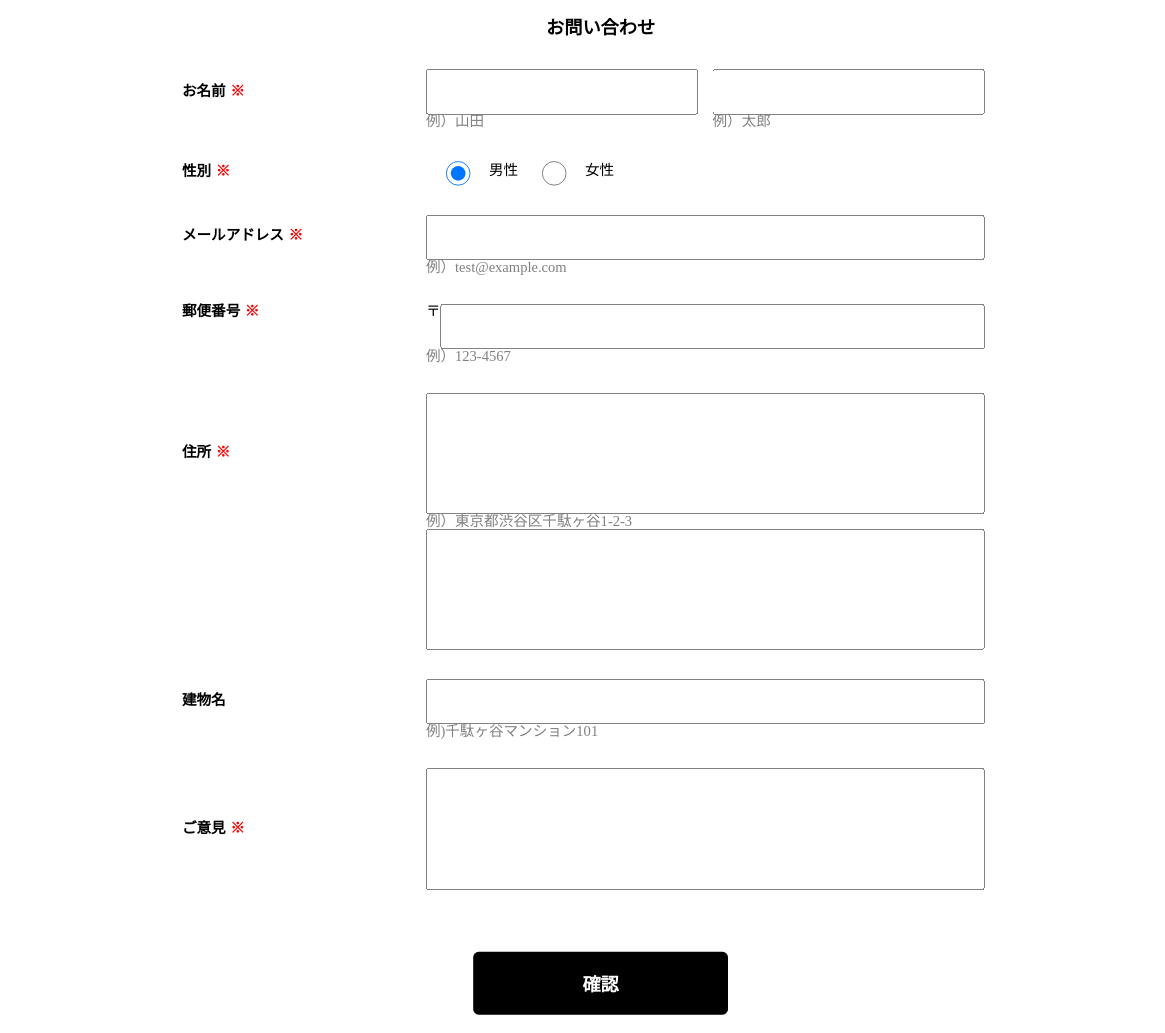
Repository: masanarimiura/20220723_miura_advance_test
Page: http://localhost/
The author's editor kept a copy of each file at every save. The page is drawn from the files as they stood at one save, then again after the next save.
The browser window is 1280 px wide. The pictures show the whole page, at 91% of full size.
The page is served by the project's Laravel application, run on PHP 8.4 with Laravel 8.

Above is the page before, as saved 2022-07-22 13:05:55.

After the next save:
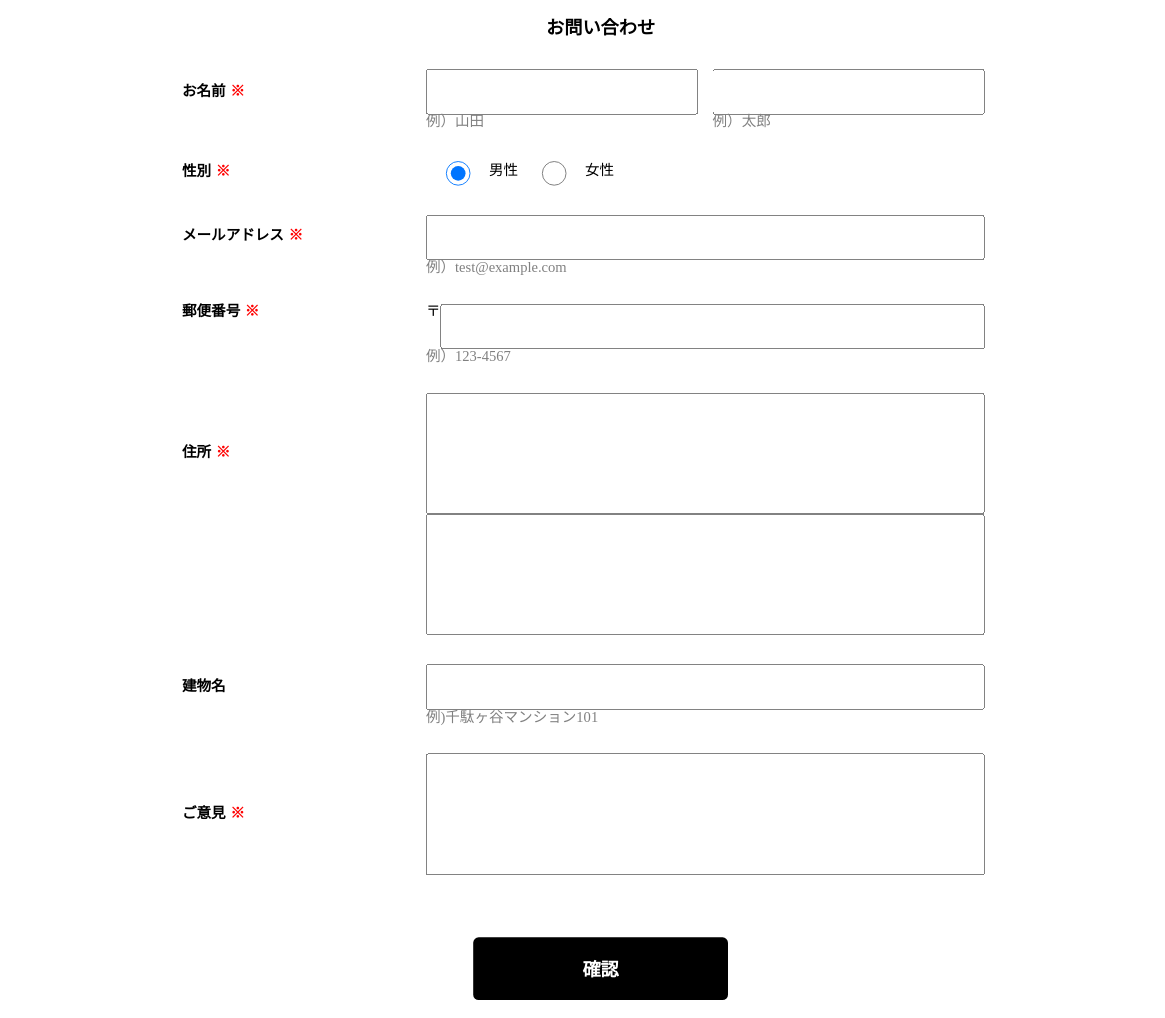
Saved 12 s later.
--- a/resources/views/index.blade.php
+++ b/resources/views/index.blade.php
@@ -253,7 +253,7 @@
           <th>住所<span >※</span></th>
           <td colspan="2">
             <input type="text" name="address" value="{{ old('address') }}" class="p-region p-locality p-street-address p-extended-address opinion" id="address">
-            <p class="example">例）東京都渋谷区千駄ヶ谷1-2-3</p>
+            <p class="example notError">例）東京都渋谷区千駄ヶ谷1-2-3</p>
 
 
             <input type="text" name="opinion" value="{{ old('opinion') }}" class="opinion" id="opinion">

After the save that followed:
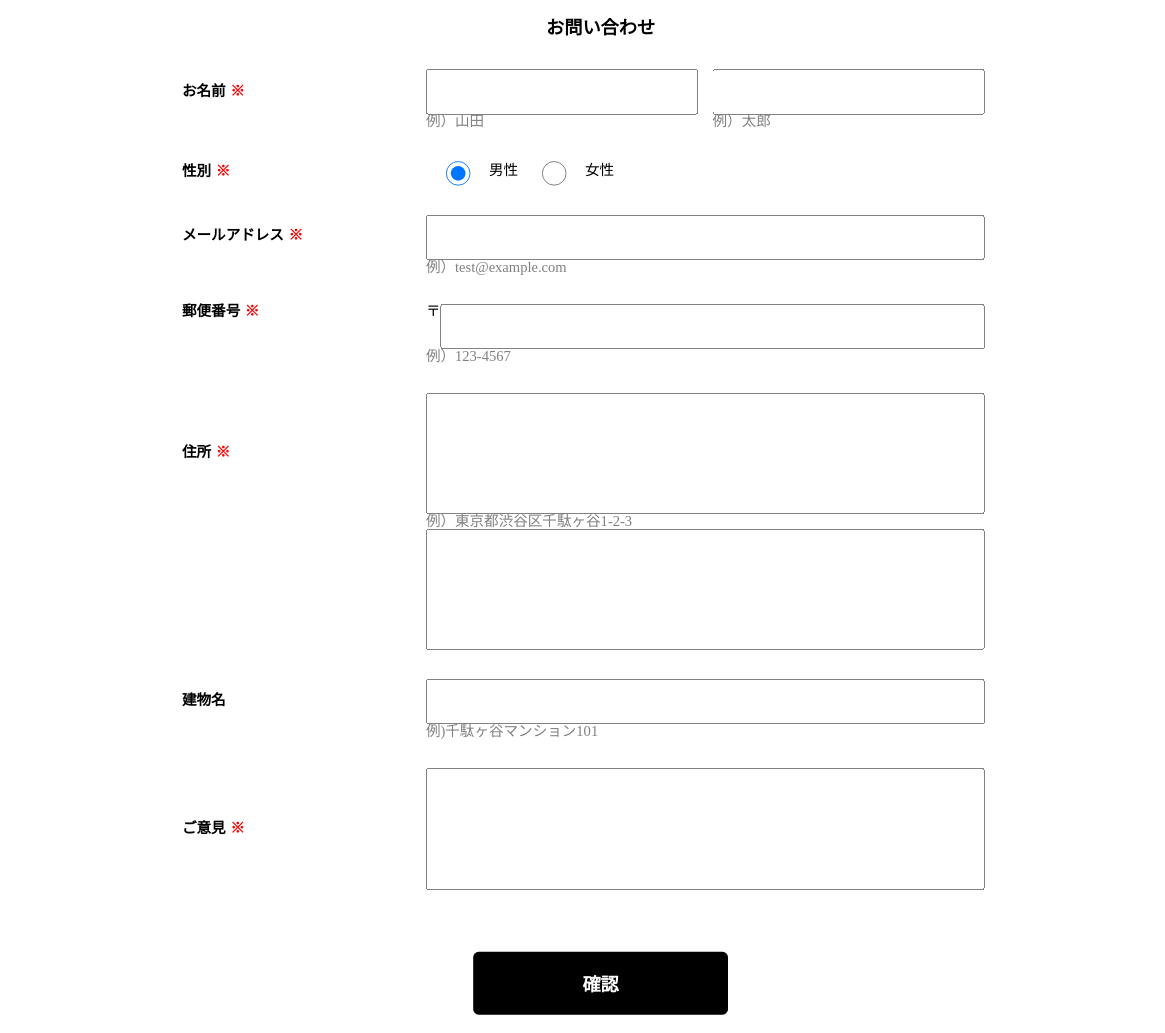
Saved 6 s later.
--- a/resources/views/index.blade.php
+++ b/resources/views/index.blade.php
@@ -253,7 +253,7 @@
           <th>住所<span >※</span></th>
           <td colspan="2">
             <input type="text" name="address" value="{{ old('address') }}" class="p-region p-locality p-street-address p-extended-address opinion" id="address">
-            <p class="example notError">例）東京都渋谷区千駄ヶ谷1-2-3</p>
+            <p class="example">例）東京都渋谷区千駄ヶ谷1-2-3</p>
 
 
             <input type="text" name="opinion" value="{{ old('opinion') }}" class="opinion" id="opinion">
